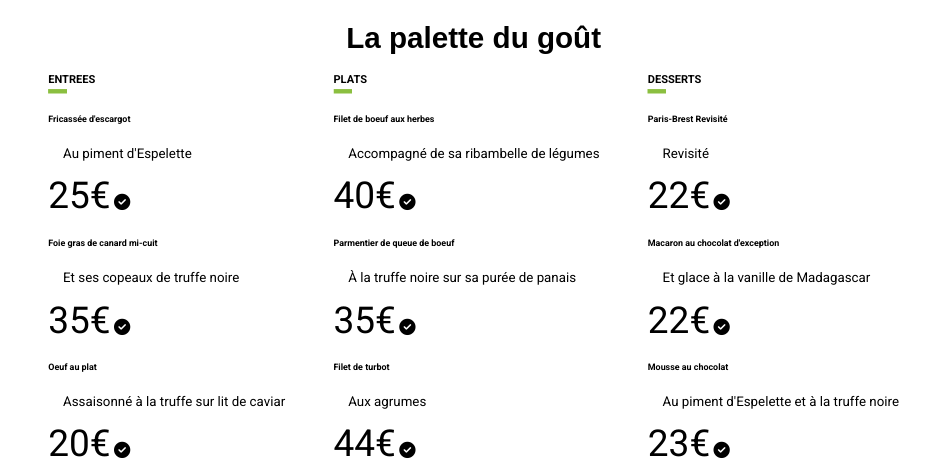
Repository: lysianebo/OHMYFOOD
Page: La_palette_du_goût.html
These files come from the project's save history. The page is drawn as it stood at one moment and after the next save; the edit follows.
The browser window is 1280 px wide. The pictures show the part of the page from y = 398 to 2136 px (the page is 1027 px tall before and 2136 px after), at 74% of full size.
Some web fonts or font styles are not loaded; a fallback is used. Some web libraries are served in a nearby version.

Above is the page before, as saved 2022-11-26 22:29:03.
Not found: fiveserver.js

### La_palette_du_goût.html
<!DOCTYPE html>
<html lang="en">
<head>
    <meta charset="UTF-8">
    <meta http-equiv="X-UA-Compatible" content="IE=edge">
    <meta name="viewport" content="width=device-width, initial-scale=1.0">
    <link rel="stylesheet" href="public/css/main.css"/>
    <title>La palette du goût</title>
<!-- Code injected by Five-server -->
  <script async data-id="five-server" data-file="/home/lysiane/Applications/ApplicationsWeb/OHMYFOOD/La_note_enchantée.html" data-inject-body="true" type="application/javascript" src="/fiveserver.js"></script>

<style>
    .menu{
        display: flex;
        justify-content: space-evenly;
        @media screen and (min-width: 500px) and (max-width: 1058px)
.menu {
  flex-direction: column;
  align-items: center;
}
    }
</style>

</head>
<header>
    <h1><a href="index.html">
        <i class="fa fa-arrow-left-long"></i>
    </a>ohmyfood</h1>
</header>
<body>
    <div class="image">
        <img src="http://127.0.0.1:46323/public/images/restaurants/jay-wennington-N_Y88TWmGwA-unsplash.jpg" alt="restaurant La note enchantée">
    </div>
    <div class="main2">
        <div class="restaurant_name">
            <h1> La palette du goût</h1>
            <div class="heart">
                <i class="far fa-heart"></i>
                <i class="fas fa-heart"></i>
            </div>
        </div>
        <div class="menu">
            <div class="entrees">
                <h5 class="bordered-bottom">entrees</h5>
                <div class="course">
                    <div class="dish">
                        <h6>Fricassée d'escargot</h6>
                        <p>Au piment d'Espelette </p>
                    </div>
                    <span class="prix">25€</span>
                    <span class="validate"><i class="fas fa-check-circle"></i></span>
                </div>
                <div class="course">
                    <div class="dish">
                        <h6> Foie gras de canard mi-cuit</h6>
                        <p>Et ses copeaux de truffe noire</p>
                    </div>
                        <span class="prix">35€</span>
                        <span class="validate"><i class="fas fa-check-circle"></i></span>
                </div>
                <div class="course">
                    <div class="dish">
                        <h6>Oeuf au plat</h6>
                        <p>Assaisonné à la truffe sur lit de caviar</p>
                    </div>                          <span class="prix">20€</span>
                    <span class="validate"><i class="fas fa-check-circle"></i></span>
                </div>
            </div>
            <div class="plats">
                <H5 class="bordered-bottom">Plats</H5>
                <div class="course">
                    <div class="dish">
                        <h6>Filet de boeuf aux herbes</h6>
                        <p>Accompagné de sa ribambelle de légumes</p>
                    </div>
                    <span class="prix">40€</span>
                    <span class="validate"><i class="fas fa-check-circle"></i></span>
                </div>
                <div class="course">
                    <div class="dish">
                        <h6>Parmentier de queue de boeuf</h6>
                        <p>À la truffe noire sur sa purée de panais</p>
                    </div>
                    <span class="prix">35€</span>
                    <span class="validate"><i class="fas fa-check-circle"></i></span>
                </div>
                <div class="course">
                    <div class="dish">
                        <h6>Filet de turbot</h6>
                        <p>Aux agrumes</p>
                    </div>
                    <span class="prix">44€</span>
                    <span class="validate"><i class="fas fa-check-circle"></i></span>
                </div>
            </div>
            <div class="desserts">
                <H5 class="bordered-bottom">Desserts</H5>
                <div class="course">
                    <div class="dish">
                        <h6>Paris-Brest
                            Revisité</h6>
                        <p>Revisité</p>
                    </div>
                    <span class="prix">22€</span>
                    <span class="validate"><i class="fas fa-check-circle"></i></span>
                </div>
                <div class="course">
                    <div class="dish">
                        <h6>Macaron au chocolat d'exception </h6>
                        <p> Et glace à la vanille de Madagascar</p>
                    </div>
                    <span class="prix">22€</span>
                    <span class="validate"><i class="fas fa-check-circle"></i></span>
                </div>
                <div class="course">
                    <div class="dish">
                        <h6>Mousse au chocolat</h6>
                        <p>Au piment d'Espelette et à la truffe noire</p>
                    </div>
                    <span class="prix">23€</span>
                    <span class="validate"><i class="fas fa-check-circle"></i></span>
                </div>
            </div>
        </div>
        <a href="" class="btn pink commander">Commander</a>
    </div>
<footer>
    <h4>ohmyfood</h4>
    <ul>
        <li><a href=""><i class="fa-solid fa-utensils"></i>Proposer un restaurant</a></li>
        <li><a href=""><i class="fa-sharp fa-solid fa-handshake-angle"></i>Devenir partenaire</a></li>
        <li><a href="">Mention légales</a></li>
        <li><a href="mailto:lysiane.boisnel@free.fr">Contact</a></li>
    </ul>
</footer>
</body>
</html>

### public/css/main.css
@import url("https://fonts.googleapis.com/css2?family=Roboto:wght@400;500;700;900&display=swap");
@import url("https://fonts.googleapis.com/css2?family=Shrikhand&display=swap");
@import url("https://cdnjs.cloudflare.com/ajax/libs/font-awesome/6.1.2/css/all.css");
body {
  font-family: Roboto, sans-serif;
  font-size: 18px;
  margin: 0;
  padding: 0;
}

h1 {
  font-family: Shrikhand, sans-serif;
  font-size: 40px;
  font-weight: 700;
  line-height: 1.1;
  text-align: center;
}

h2, h3, p {
  padding-left: 20px;
}

h4 {
  font-family: Shrikhand, sans-serif;
  font-size: 30px;
}

i {
  font-family: Font Awesome 6 Free;
  font-size: 20px;
  width: 25px;
}

ul {
  list-style-type: none;
  text-decoration: none;
}

a {
  text-decoration: none;
  color: #000;
}

span {
  font-family: Roboto, sans-serif;
  font-size: 50px;
}

h5 {
  text-transform: uppercase;
  padding-bottom: 10px;
}

h6 {
  font-weight: 700;
}

main form {
  display: flex;
  flex-direction: row;
  justify-content: center;
  align-items: center;
  background-color: #dadada;
  height: 70px;
  box-shadow: inset 0px 4px 5px #eeeeee;
}
main form input, main form label {
  border: none;
  background-color: transparent;
  margin: 0px;
  font-size: larger;
  font-weight: 900;
}
main .introduction, main .Liste_restaurants {
  display: flex;
  flex-direction: column;
  justify-content: center;
  align-items: center;
  text-align: center;
  background-color: #f3f3f3;
  padding-bottom: 30px;
}

footer, footer a {
  background-color: #000000;
  color: #FFFFFF;
}
footer h4, footer ul, footer a h4, footer a ul {
  padding: 20px 0 10px 40px;
  line-height: 1.7;
}
footer ul, footer a ul {
  padding-top: 0px;
}
footer i, footer a i {
  font-size: 15px;
  width: 30px;
  padding-right: 20px;
}

main {
  position: relative;
}

.image img {
  height: 300px;
  width: 100%;
  object-fit: cover;
  opacity: 0.7;
  z-index: 1;
}

.menu {
  position: absolute;
  background-color: white;
  border-radius: 30px;
  margin-top: -50px;
  width: 100%;
}
.menu h1 {
  font-size: 20px;
}

.bordered-bottom {
  background-image: linear-gradient(to right, rgb(139, 191, 64) 50%, transparent 50%);
  background-size: 50px 6px;
  background-repeat: no-repeat;
  background-position: 0% 100%;
}

.restaurant_card {
  background-color: #FFFFFF;
  margin: auto;
  margin-bottom: 30px;
  position: relative;
  width: 90%;
  box-shadow: rgba(24, 24, 24, 0.35) 0px 5px 15px;
  border-radius: 15px;
  padding: 0px;
}
.restaurant_card img {
  width: 98%;
  height: 200px;
  object-fit: cover;
  border-radius: 15px;
}
.restaurant_card .green_card {
  background-color: #99E2D0;
  color: #2c9c81;
  font-weight: 700;
  position: absolute;
  right: 3%;
  top: 5%;
  padding: 5px;
  border-radius: 3%;
}

.btn {
  display: inline-block;
  margin: auto;
  padding: 20px;
  font-weight: bold;
  width: fit-content;
  border-radius: 10px;
}
.btn.pink {
  background: linear-gradient(to bottom right, #FF79DA, 45%, #9356DC);
  color: white;
  border-radius: 30px;
  box-shadow: 4px 4px 6px #aaa;
}
.btn.pink:hover {
  background: linear-gradient(170deg, #ff93e1 0%, #a16be0 100%);
  box-shadow: 5px 7px 8px rgb(210, 210, 210);
}
.btn.grey {
  display: flex;
  flex-direction: row;
  justify-content: center;
  align-items: center;
  align-items: center;
  width: 80%;
  margin: auto;
  margin-bottom: 30px;
  background-color: white;
  color: #000000;
  box-shadow: 2px 3px 5px 4px #f3f3f3;
}
.btn.grey:hover {
  background-color: #f2eafb;
  box-shadow: 5px 7px 8px rgb(210, 210, 210);
}
.btn .fa-solid {
  align-items: center;
  width: 40px;
}
.btn .fa-solid .fa-mobile-screen-button {
  padding-left: 50px;
}

i {
  font-size: 22px;
}
i.fa-mobile-screen {
  font-size: 24px;
  padding-right: 0px;
}
i.fa-circle-1 {
  color: 0;
  position: relative;
  padding: 0;
  margin: 0;
}

.description {
  position: relative;
  padding-bottom: 15px;
}

.description i {
  font-size: 22px;
  position: absolute;
  top: 30%;
  right: 1rem;
}

.description .far {
  background: none;
  transition: all 350ms ease-in-out;
}

:hover .far {
  opacity: 0;
  transform: scale(0);
}

.description .fa {
  opacity: 0;
  transform: scale(0);
  background: linear-gradient(#FF79DA, #9356DC);
  -webkit-background-clip: text;
  -moz-background-clip: text;
  background-clip: text;
  -webkit-text-fill-color: transparent;
}

:hover .description .fa {
  opacity: 1;
  transform: scale(1);
}

/*# sourceMappingURL=main.css.map */

After the next save:
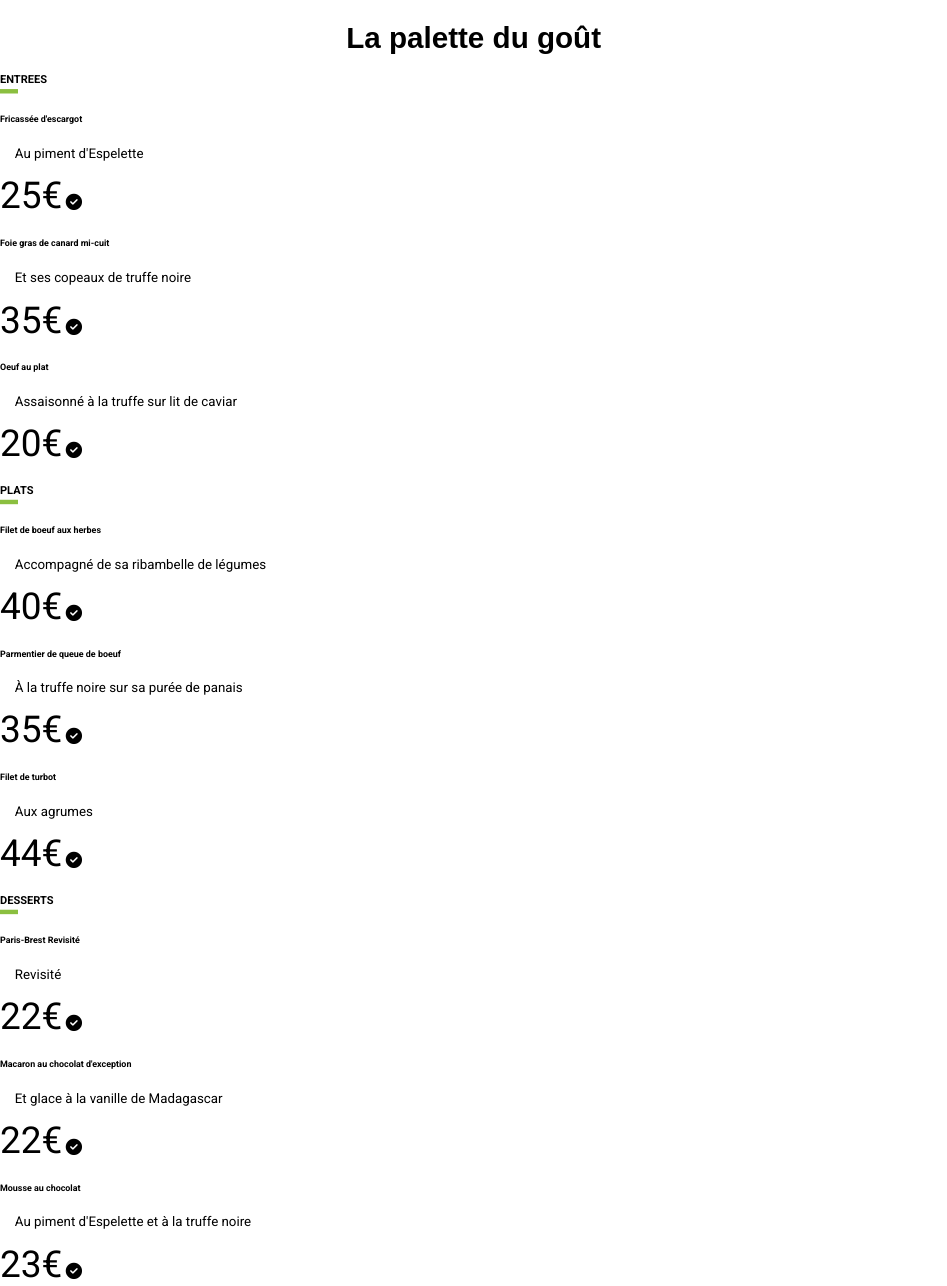
Saved 9 min 18 s later.
--- a/La_palette_du_goût.html
+++ b/La_palette_du_goût.html
@@ -9,7 +9,7 @@
 <!-- Code injected by Five-server -->
   <script async data-id="five-server" data-file="/home/lysiane/Applications/ApplicationsWeb/OHMYFOOD/La_note_enchantée.html" data-inject-body="true" type="application/javascript" src="/fiveserver.js"></script>
 
-<style>
+<!-- <style>
     .menu{
         display: flex;
         justify-content: space-evenly;
@@ -19,7 +19,7 @@
   align-items: center;
 }
     }
-</style>
+</style>   -->
 
 </head>
 <header>

After the save that followed:
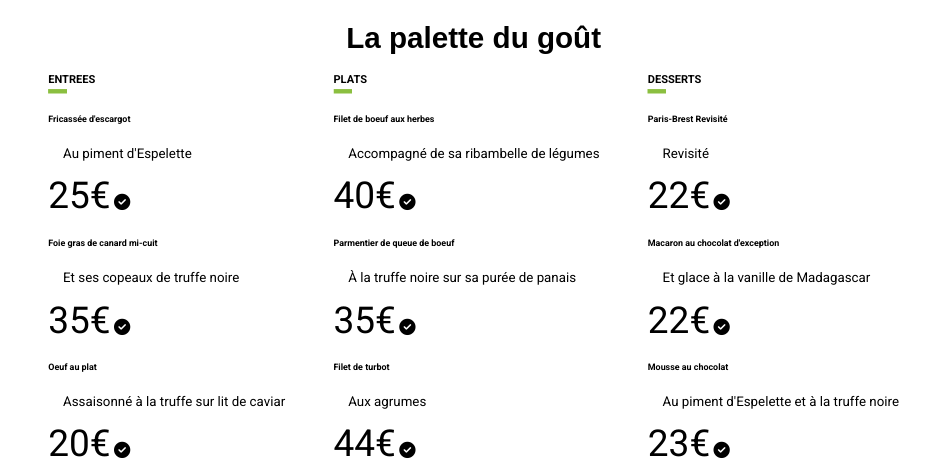
Saved 42 s later.
--- a/La_palette_du_goût.html
+++ b/La_palette_du_goût.html
@@ -9,7 +9,7 @@
 <!-- Code injected by Five-server -->
   <script async data-id="five-server" data-file="/home/lysiane/Applications/ApplicationsWeb/OHMYFOOD/La_note_enchantée.html" data-inject-body="true" type="application/javascript" src="/fiveserver.js"></script>
 
-<!-- <style>
+<style>
     .menu{
         display: flex;
         justify-content: space-evenly;
@@ -19,7 +19,7 @@
   align-items: center;
 }
     }
-</style>   -->
+</style>
 
 </head>
 <header>
